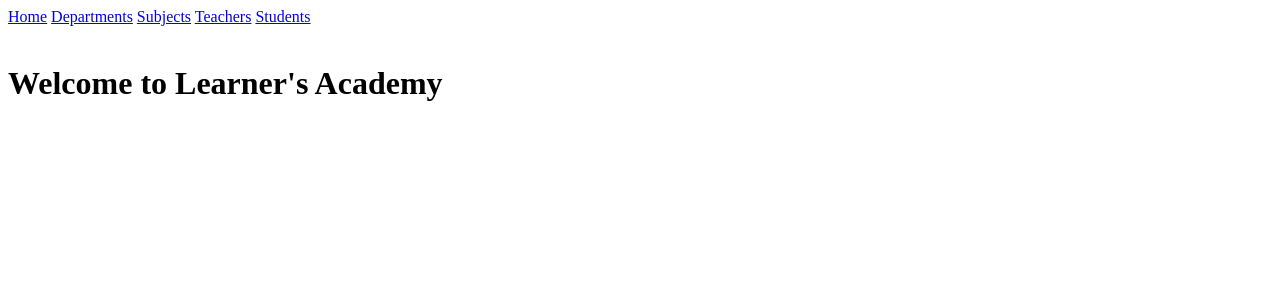
Repository: shubhamsingh331/Learners_Academy
Page: http://localhost/LearnersAcademy/Homepage.jsp
An editor plug-in stored every save of this project. The page is shown before and after the next save, followed by the edit.
The browser window is 1280 px wide. The pictures show the whole page.
The page is served by Tomcat 9. Other server files are loaded and not shown.

Above is the page before, as saved 2023-10-11 07:59:00.

### LearnersAcademy/src/main/webapp/Homepage.jsp
<%@ page language="java" contentType="text/html; charset=ISO-8859-1"
    pageEncoding="ISO-8859-1"%>
<!DOCTYPE html>
<html>
<head>
<meta charset="ISO-8859-1">
<title>Homepage</title>
</head>
<body>

<div class="topnav">
  <a class="active" href="Homepage.jsp">Home</a>
  <a href="Department/Department.jsp">Departments</a>
  <a href="Subjects/Subject.jsp">Subjects</a>
  <a href="Teachers/Teachers.jsp">Teachers</a>
  <a href="#about">Students</a>
</div><br>

<h1>Welcome to Learner's Academy</h1>
</body>
</html>

### LearnersAcademy/src/main/webapp/Department/display.jsp
<%@page import="java.sql.ResultSet"%>
<%@page import="java.sql.PreparedStatement"%>
<%@page import="java.sql.DriverManager"%>
<%@page import="java.sql.Connection"%>
<%@ page language="java" contentType="text/html; charset=ISO-8859-1"
    pageEncoding="ISO-8859-1"%>
<!DOCTYPE html>
<html>
<head>
<meta charset="ISO-8859-1">
<title>Insert title here</title>
</head>
<body>
<h3><i>Department Details</i></h3>
<table border="1">
<tr><th>Departments</th><th>Add Subjects and Teachers</th><th>Delete</th></tr>
<%
String jdbcUrl = "jdbc:mysql://localhost:3306/StudentManagement1";
String dbUsername = "root";
String dbPassword = "123456";

    Class.forName("com.mysql.cj.jdbc.Driver");
    Connection conn = DriverManager.getConnection(jdbcUrl, dbUsername, dbPassword);
    String sql = "show tables";
    PreparedStatement ps = conn.prepareStatement(sql);
    ResultSet rs = ps.executeQuery();
    while(rs.next()){
    	%>
    	<tr><td><%=rs.getString(1) %></td><td><a href="Edit.jsp?dept=<%=rs.getString(1)%>">Subjects & Teachers</a></td><td><a href="Delete.jsp?dept=<%=rs.getString(1)%>">Delete</a></td></tr>
<%}%>

    </table>
</body>
</html>

After the next save:
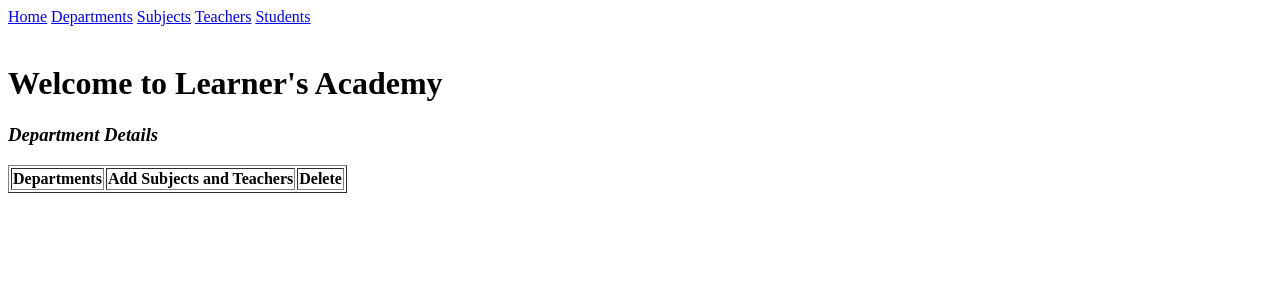
Saved 89 s later.
--- a/LearnersAcademy/src/main/webapp/Homepage.jsp
+++ b/LearnersAcademy/src/main/webapp/Homepage.jsp
@@ -17,5 +17,6 @@
 </div><br>
 
 <h1>Welcome to Learner's Academy</h1>
+<%@include file="Department/display.jsp" %>
 </body>
 </html>

After the save that followed:
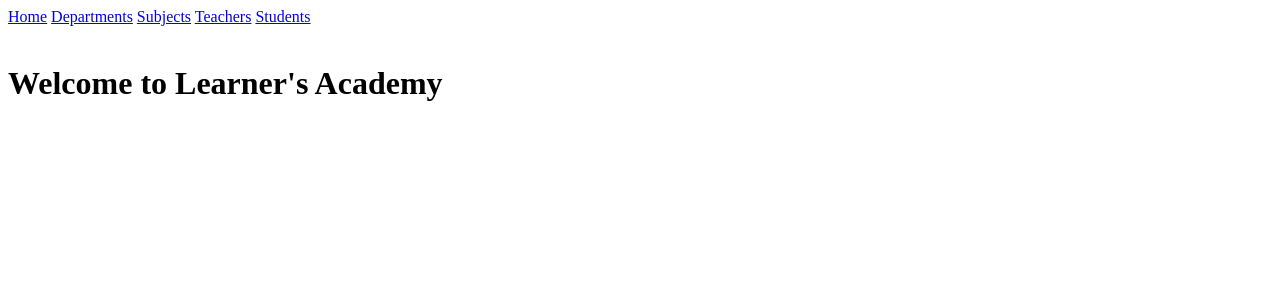
Saved 39 s later.
--- a/LearnersAcademy/src/main/webapp/Homepage.jsp
+++ b/LearnersAcademy/src/main/webapp/Homepage.jsp
@@ -17,6 +17,5 @@
 </div><br>
 
 <h1>Welcome to Learner's Academy</h1>
-<%@include file="Department/display.jsp" %>
 </body>
 </html>
